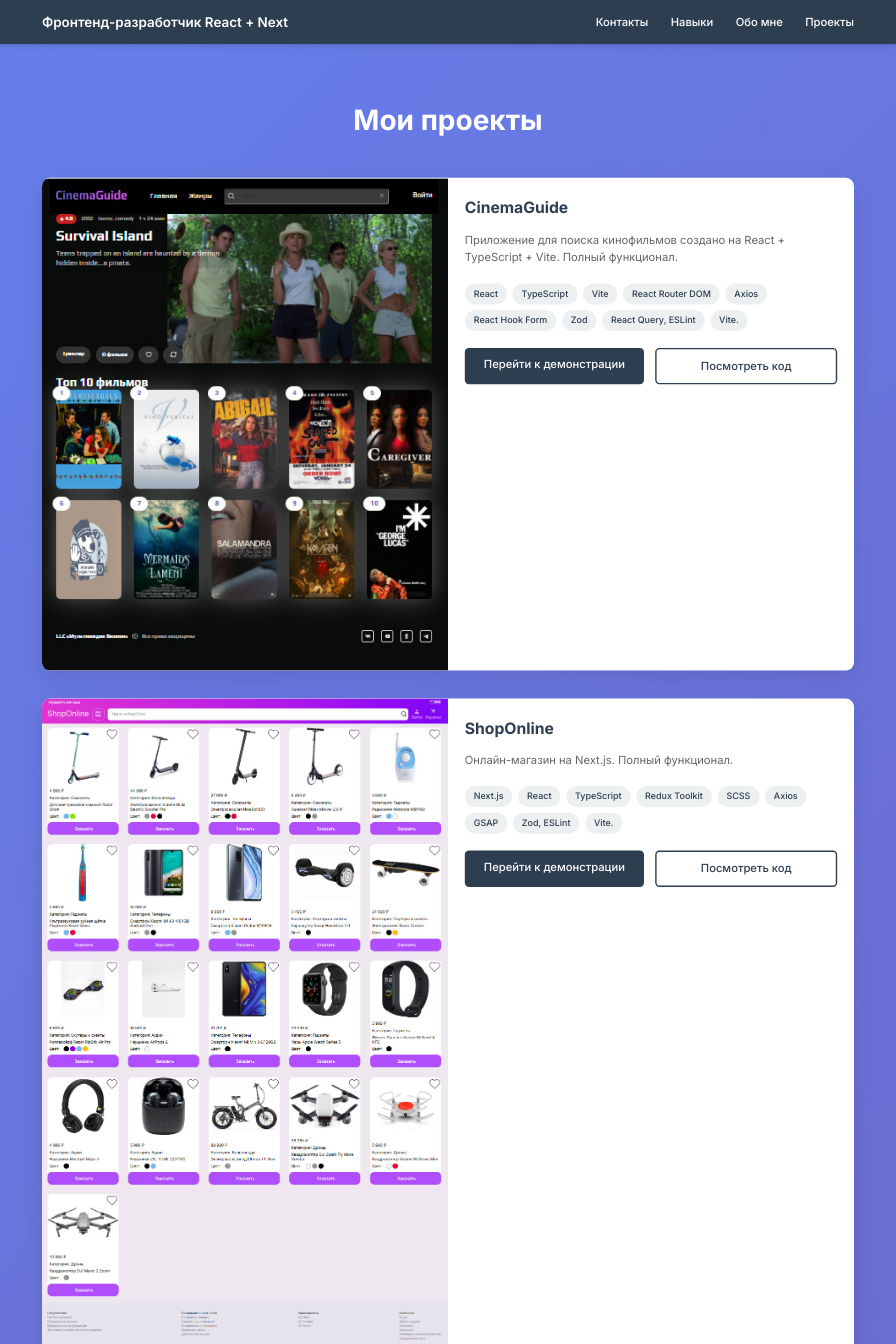
Repository: RostislavZeberg/resume-app
Page: /
An editor plug-in stored every save of this project. The page is shown before and after the next save, followed by the edit.
The browser window is 1280 px wide. The pictures show the part of the page from y = 0 to 1920 px (the page is 10209 px tall before and 6252 px after), at 70% of full size.
The project was rebuilt for these pictures with package versions that can differ from the ones it lists, and the page was loaded fresh each time. The framework's server and built-in components were replaced by stand-ins that run in the browser. Also part of the build but not shown: next.config.ts.

Above is the page before, as saved 2025-09-21 15:11:43.

After the next save:
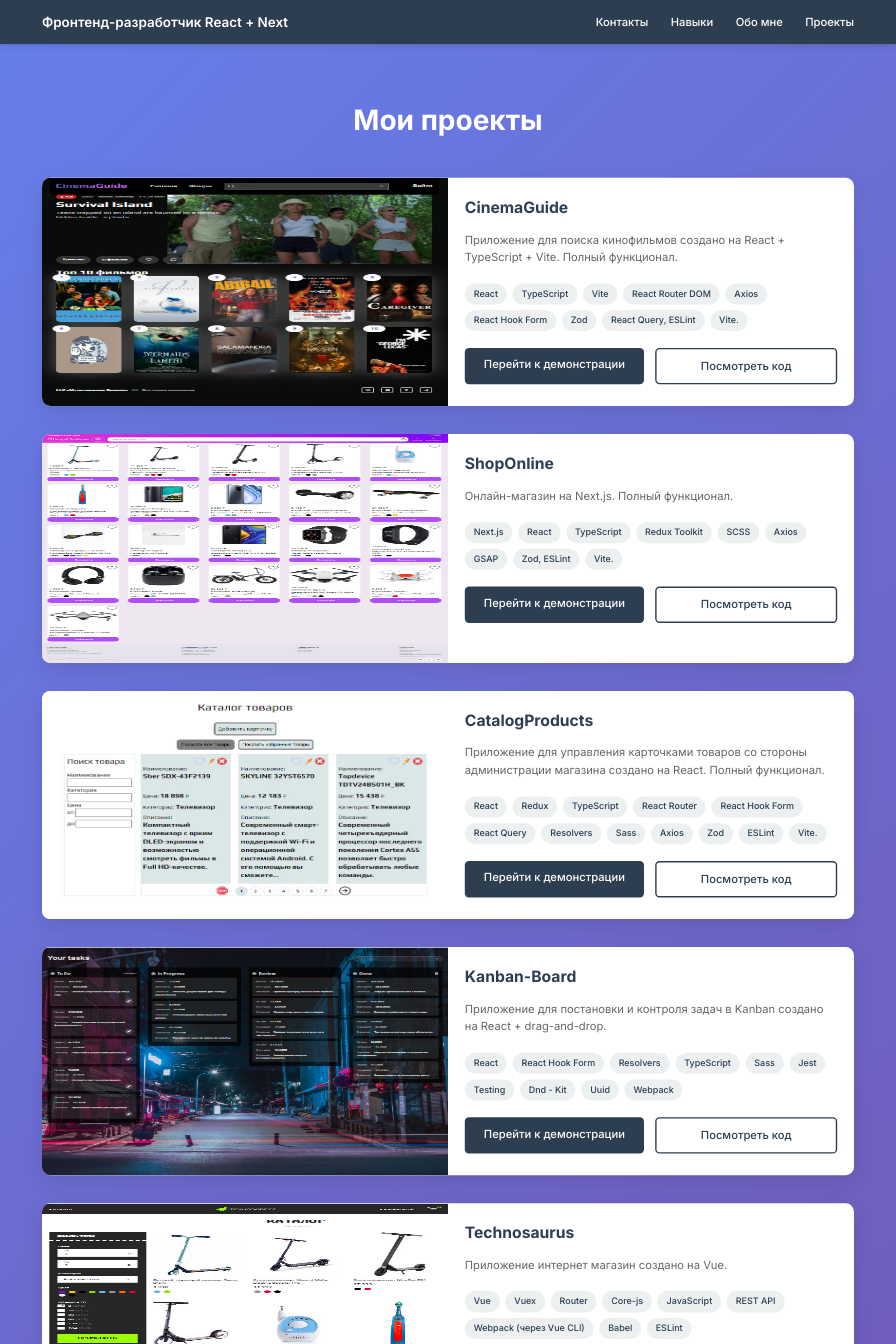
Saved 7 min 12 s later.
--- a/styles/ui/project-card.module.scss
+++ b/styles/ui/project-card.module.scss
@@ -38,7 +38,8 @@
 .projectImage {
   width: auto;
   max-width: 580px;
-  height: auto;
+  // height: auto;
+  aspect-ratio: 16 / 9
 }
 
 .projectContent {
